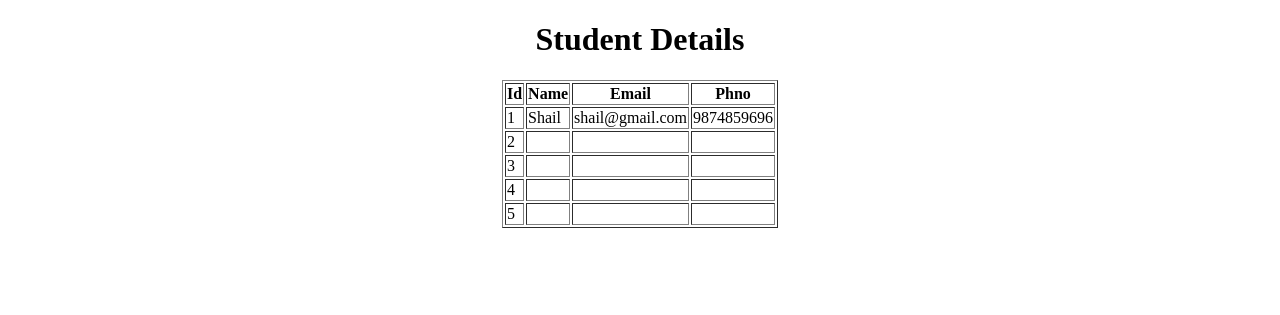
Repository: Chintan-elite/Java_Shail
Page: Learning_web/src/main/webapp/Table.html
The author's editor kept a copy of each file at every save. The page is drawn from the files as they stood at one save, then again after the next save.
The browser window is 1280 px wide. The pictures show the whole page.

Above is the page before, as saved 2023-09-08 12:29:06.

After the next save:
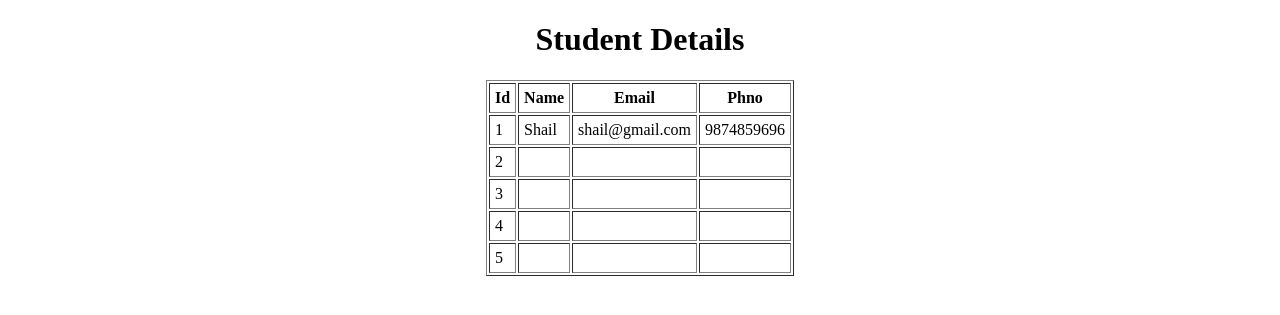
Saved 7 s later.
--- a/Learning_web/src/main/webapp/Table.html
+++ b/Learning_web/src/main/webapp/Table.html
@@ -7,7 +7,7 @@
 <body>
 		<h1 align="center">Student Details</h1>
 
-		<table border="1" align="center" cellspadding="5">
+		<table border="1" align="center" cellpadding="5">
 		<tr>
 			<th>Id</th>
 			<th>Name</th>
